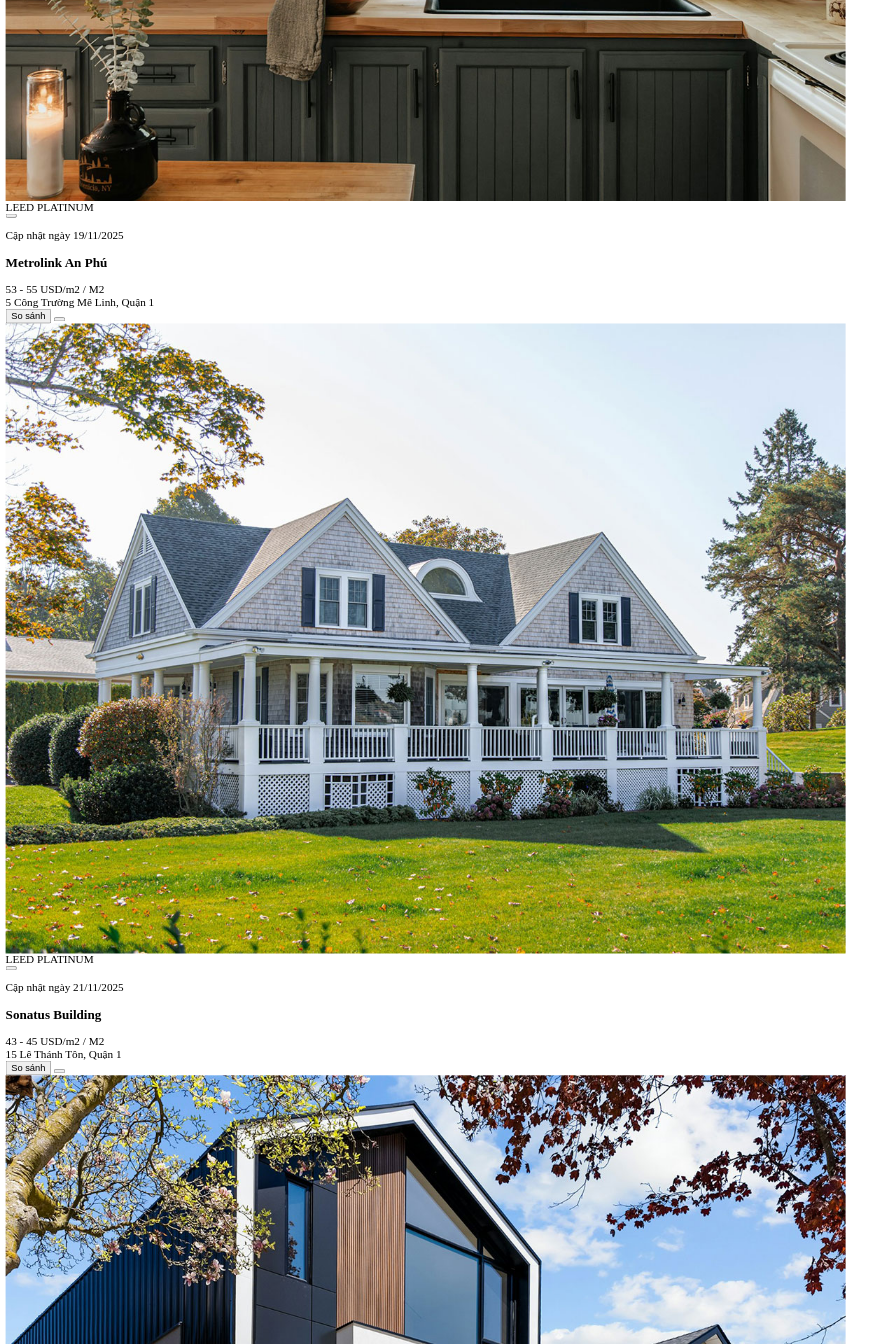
Repository: lannguyen1301/anphuholdings-main
Page: partials/office-rental/office-rental-ward-2.html
These files come from the project's save history. The page is drawn as it stood at one moment and after the next save; the edit follows.
The browser window is 1280 px wide. The pictures show the part of the page from y = 1763 to 3683 px (the page is 8679 px tall), at 70% of full size.

Above is the page before, as saved 2025-12-31 14:45:25.

### partials/office-rental/office-rental-ward-2.html
<div class="container overflow-hidden py-8 px-4 office-rental-swipe-container">
    <div class="mb-8 flex gap-5 items-center justify-between">
        <h2 data-aos="fade-right" data-aos-duration="1000" data-aos-easing="ease-in-out"
            class="text-xl md:text-2xl lg:text-3xl font-bold text-navy line-clamp-1 overflow-ellipsis">
            VĂN PHÒNG CHO THUÊ QUẬN 2
        </h2>

        <div data-aos="fade-up" data-aos-duration="1000" data-aos-easing="ease-in-out"
            class="flex gap-1 md:gap-3 min-w-[80px]">
            <button
                class="rounded-lg bg-navy px-2 py-1 md:px-5 md:py-2 text-white transition hover:bg-navy-light flex justify-center items-center">
                <span class="hidden md:block text-md lg:text-lg">Xem toàn bộ</span>
                <i class="fa fa-eye block md:hidden text-xs sm:text-md"></i>
            </button>
            <button
                class="office-rental-swiper-prev rounded-lg border border-gray-300 p-1 md:p-2 transition hover:bg-gold/10 min-w-[22px]">
                <i class="fas fa-chevron-left text-navy text-xs sm:text-md md:text-lg lg:text-xl"></i>
            </button>
            <button
                class="office-rental-swiper-next rounded-lg border border-gray-300 p-1 md:p-2 transition hover:bg-gold/10 min-w-[22px]">
                <i class="fas fa-chevron-right text-navy text-xs sm:text-md md:text-lg lg:text-xl"></i>
            </button>
        </div>
    </div>

    <!-- Swiper -->
    <div data-aos="fade-left" data-aos-duration="1000" data-aos-easing="ease-in-out" data-aos-offset="150"
        class="office-rental-swiper overflow-hidden px-2 py-3">
        <div class="swiper-wrapper">
            <!-- Card 1 -->
            <div class="swiper-slide flex-shrink-0 overflow-hidden rounded-2xl shadow-md transition hover:shadow-xl border-4"
                style="width: 292px;" data-aos="fade-right">
                <div class="relative overflow-hidden">
                    <div class="flex h-48 items-center justify-center bg-slate-200">
                        <img src="assets/images/detail/detail-9.jpg" alt=""
                            class="block w-full h-full object-cover aspect-4/3">
                    </div>
                    <div class="absolute left-3 top-2 rounded bg-gold px-2 py-1 text-xs font-semibold text-white">
                        LEED PLATINUM
                    </div>
                    <button class="absolute right-3 top-3 rounded-lg bg-white p-2 shadow transition hover:bg-gray-50">
                        <i class="far fa-heart text-gold"></i>
                    </button>
                </div>

                <div class="p-4">
                    <p class="mb-1 text-sm text-gray-500">
                        Cập nhật ngày 19/11/2025
                    </p>
                    <h3 class="mb-3 text-lg font-semibold text-navy overflow-ellipsis line-clamp-1">
                        The Hallmark
                    </h3>

                    <div class="mb-2 flex items-center gap-2">
                        <i class="fas fa-tag text-sm text-navy"></i>
                        <span class="font-semibold text-gold">43 - 46 USD/m2</span>
                        <span class="text-gray-600">/ M2</span>
                    </div>

                    <div class="mb-4 flex items-start gap-2 text-sm text-gray-600">
                        <i class="fas fa-map-marker-alt mt-1 text-navy"></i>
                        <span class="w-full overflow-ellipsis line-clamp-1">02 Ngô Đức Kế, Phường Sài Gòn, Quận 1</span>
                    </div>

                    <div class="flex items-center justify-between">
                        <button
                            class="rounded-xl border border-navy px-4 py-2 text-sm text-navy transition hover:bg-navy hover:text-white">
                            So sánh
                        </button>
                        <button class="rounded-xl border border-gray-300 p-2 transition hover:bg-gold/10">
                            <i class="far fa-clone text-navy"></i>
                        </button>
                    </div>
                </div>
            </div>

            <!-- Card 2 -->
            <div class="swiper-slide flex-shrink-0 overflow-hidden rounded-2xl shadow-md transition hover:shadow-xl border-4"
                style="width: 292px;" data-aos="fade-right">
                <div class="relative overflow-hidden">
                    <div class="flex h-48 items-center justify-center bg-slate-200">
                        <img src="assets/images/detail/detail-10.jpg" alt=""
                            class="block w-full h-full object-cover aspect-4/3">
                    </div>
                    <div class="absolute left-3 top-3 rounded bg-gold px-2 py-1 text-xs font-semibold text-white">
                        LEED PLATINUM
                    </div>
                    <button class="absolute right-3 top-3 rounded-lg bg-white p-2 shadow transition hover:bg-gray-50">
                        <i class="far fa-heart text-gold"></i>
                    </button>
                </div>

                <div class="p-4">
                    <p class="mb-1 text-sm text-gray-500">
                        Cập nhật ngày 19/11/2025
                    </p>
                    <h3 class="mb-3 text-lg font-semibold text-navy overflow-ellipsis line-clamp-1">
                        Metrolink An Phú
                    </h3>

                    <div class="mb-2 flex items-center gap-2">
                        <i class="fas fa-tag text-sm text-navy"></i>
                        <span class="font-semibold text-gold">53 - 55 USD/m2</span>
                        <span class="text-gray-600">/ M2</span>
                    </div>

                    <div class="mb-4 flex items-start gap-2 text-sm text-gray-600">
                        <i class="fas fa-map-marker-alt mt-1 text-navy"></i>
                        <span class="w-full overflow-ellipsis line-clamp-1">5 Công Trường Mê Linh, Quận 1</span>
                    </div>

                    <div class="flex items-center justify-between">
                        <button
                            class="rounded-xl border border-navy px-4 py-2 text-sm text-navy transition hover:bg-navy hover:text-white">
                            So sánh
                        </button>
                        <button class="rounded-xl border border-gray-300 p-2 transition hover:bg-gold/10">
                            <i class="far fa-clone text-navy"></i>
                        </button>
                    </div>
                </div>
            </div>

            <!-- Card 3 -->
            <div class="swiper-slide flex-shrink-0 overflow-hidden rounded-2xl shadow-md transition hover:shadow-xl border-4"
                style="width: 292px;" data-aos="fade-right">
                <div class="relative overflow-hidden">
                    <div class="flex h-48 items-center justify-center bg-slate-200">
                        <img src="assets/images/detail/detail-3.jpg" alt=""
                            class="block w-full h-full object-cover aspect-4/3">
                    </div>
                    <div class="absolute left-3 top-3 rounded bg-gold px-2 py-1 text-xs font-semibold text-white">
                        LEED PLATINUM
                    </div>
                    <button class="absolute right-3 top-3 rounded-lg bg-white p-2 shadow transition hover:bg-gray-50">
                        <i class="far fa-heart text-gold"></i>
                    </button>
                </div>

                <div class="p-4">
                    <p class="mb-1 text-sm text-gray-500">
                        Cập nhật ngày 21/11/2025
                    </p>
                    <h3 class="mb-3 text-lg font-semibold text-navy overflow-ellipsis line-clamp-1">
                        Sonatus Building
                    </h3>

                    <div class="mb-2 flex items-center gap-2">
                        <i class="fas fa-tag text-sm text-navy"></i>
                        <span class="font-semibold text-gold">43 - 45 USD/m2</span>
                        <span class="text-gray-600">/ M2</span>
                    </div>

                    <div class="mb-4 flex items-start gap-2 text-sm text-gray-600">
                        <i class="fas fa-map-marker-alt mt-1 text-navy"></i>
                        <span class="w-full overflow-ellipsis line-clamp-1">15 Lê Thánh Tôn, Quận 1</span>
                    </div>

                    <div class="flex items-center justify-between">
                        <button
                            class="rounded-xl border border-navy px-4 py-2 text-sm text-navy transition hover:bg-navy hover:text-white">
                            So sánh
                        </button>
                        <button class="rounded-xl border border-gray-300 p-2 transition hover:bg-gold/10">
                            <i class="far fa-clone text-navy"></i>
                        </button>
                    </div>
                </div>
            </div>

            <!-- Card 4 -->
            <div class="swiper-slide flex-shrink-0 overflow-hidden rounded-2xl shadow-md transition hover:shadow-xl border-4"
                style="width: 292px;" data-aos="fade-right">
                <div class="relative overflow-hidden">
                    <div class="flex h-48 items-center justify-center bg-slate-200">
                        <img src="assets/images/detail/detail-4.jpg" alt=""
                            class="block w-full h-full object-cover aspect-4/3">
                    </div>
                    <div class="absolute left-3 top-3 rounded bg-gold px-2 py-1 text-xs font-semibold text-white">
                        LEED PLATINUM
                    </div>
                    <button class="absolute right-3 top-3 rounded-lg bg-white p-2 shadow transition hover:bg-gray-50">
                        <i class="far fa-heart text-gold"></i>
                    </button>
                </div>

                <div class="p-4">
                    <p class="mb-1 text-sm text-gray-500">
                        Cập nhật ngày 20/11/2025
                    </p>
                    <h3 class="mb-3 text-lg font-semibold text-navy overflow-ellipsis line-clamp-1">
                        VOV Building
                    </h3>

                    <div class="mb-2 flex items-center gap-2">
                        <i class="fas fa-tag text-sm text-navy"></i>
                        <span class="font-semibold text-gold">21 - 25 USD/m2</span>
                        <span class="text-gray-600">/ M2</span>
                    </div>

                    <div class="mb-4 flex items-start gap-2 text-sm text-gray-600">
                        <i class="fas fa-map-marker-alt mt-1 text-navy"></i>
                        <span class="w-full overflow-ellipsis line-clamp-1">7 Nguyễn Thị Minh Khai, Quận 1</span>
                    </div>

                    <div class="flex items-center justify-between">
                        <button
                            class="rounded-xl border border-navy px-4 py-2 text-sm text-navy transition hover:bg-navy hover:text-white">
                            So sánh
                        </button>
                        <button class="rounded-xl border border-gray-300 p-2 transition hover:bg-gold/10">
                            <i class="far fa-clone text-navy"></i>
                        </button>
                    </div>
                </div>
            </div>
            <!-- Card 5 -->
            <div class="swiper-slide flex-shrink-0 overflow-hidden rounded-2xl shadow-md transition hover:shadow-xl border-4"
                style="width: 292px;" data-aos="fade-right">
                <div class="relative overflow-hidden">
                    <div class="flex h-48 items-center justify-center bg-slate-200">
                        <img src="assets/images/detail/detail-5.jpg" alt=""
                            class="block w-full h-full object-cover aspect-4/3">
                        <!-- <i class="fas fa-image text-5xl text-gray-400"></i> -->
                    </div>
                    <div class="absolute left-3 top-2 rounded bg-gold px-2 py-1 text-xs font-semibold text-white">
                        LEED PLATINUM
                    </div>
                    <button class="absolute right-3 top-3 rounded-lg bg-white p-2 shadow transition hover:bg-gray-50">
                        <i class="far fa-heart text-gold"></i>
                    </button>
                </div>

                <div class="p-4">
                    <p class="mb-1 text-sm text-gray-500">
                        Cập nhật ngày 19/11/2025
                    </p>
                    <h3 class="mb-3 text-lg font-semibold text-navy overflow-ellipsis line-clamp-1">
                        Ruby Tower
                    </h3>

                    <div class="mb-2 flex items-center gap-2">
                        <i class="fas fa-tag text-sm text-navy"></i>
                        <span class="font-semibold text-gold">43 - 46 USD/m2</span>
                        <span class="text-gray-600">/ M2</span>
                    </div>

                    <div class="mb-4 flex items-start gap-2 text-sm text-gray-600">
                        <i class="fas fa-map-marker-alt mt-1 text-navy"></i>
                        <span class="w-full overflow-ellipsis line-clamp-1">02 Ngô Đức Kế, Phường Sài Gòn, Quận 1</span>
                    </div>

                    <div class="flex items-center justify-between">
                        <button
                            class="rounded-xl border border-navy px-4 py-2 text-sm text-navy transition hover:bg-navy hover:text-white">
                            So sánh
                        </button>
                        <button class="rounded-xl border border-gray-300 p-2 transition hover:bg-gold/10">
                            <i class="far fa-clone text-navy"></i>
                        </button>
                    </div>
                </div>
            </div>

            <!-- Card 6 -->
            <div class="swiper-slide flex-shrink-0 overflow-hidden rounded-2xl shadow-md transition hover:shadow-xl border-4"
                style="width: 292px;" data-aos="fade-right">
                <div class="relative overflow-hidden">
                    <div class="flex h-48 items-center justify-center bg-slate-200">
                        <img src="assets/images/detail/detail-6.jpg" alt=""
                            class="block w-full h-full object-cover aspect-4/3">
                    </div>
                    <div class="absolute left-3 top-3 rounded bg-gold px-2 py-1 text-xs font-semibold text-white">
                        LEED PLATINUM
                    </div>
                    <button class="absolute right-3 top-3 rounded-lg bg-white p-2 shadow transition hover:bg-gray-50">
                        <i class="far fa-heart text-gold"></i>
                    </button>
                </div>

                <div class="p-4">
                    <p class="mb-1 text-sm text-gray-500">
                        Cập nhật ngày 19/11/2025
                    </p>
                    <h3 class="mb-3 text-lg font-semibold text-navy overflow-ellipsis line-clamp-1">
                        Havana Tower
                    </h3>

                    <div class="mb-2 flex items-center gap-2">
                        <i class="fas fa-tag text-sm text-navy"></i>
                        <span class="font-semibold text-gold">53 - 55 USD/m2</span>
                        <span class="text-gray-600">/ M2</span>
                    </div>

                    <div class="mb-4 flex items-start gap-2 text-sm text-gray-600">
                        <i class="fas fa-map-marker-alt mt-1 text-navy"></i>
                        <span class="w-full overflow-ellipsis line-clamp-1">5 Công Trường Mê Linh, Quận 1</span>
                    </div>

                    <div class="flex items-center justify-between">
                        <button
                            class="rounded-xl border border-navy px-4 py-2 text-sm text-navy transition hover:bg-navy hover:text-white">
                            So sánh
                        </button>
                        <button class="rounded-xl border border-gray-300 p-2 transition hover:bg-gold/10">
                            <i class="far fa-clone text-navy"></i>
                        </button>
                    </div>
                </div>
            </div>

            <!-- Card 7 -->
            <div class="swiper-slide flex-shrink-0 overflow-hidden rounded-2xl shadow-md transition hover:shadow-xl border-4"
                style="width: 292px;" data-aos="fade-right">
                <div class="relative overflow-hidden">
                    <div class="flex h-48 items-center justify-center bg-slate-200">
                        <img src="assets/images/detail/detail-7.jpg" alt=""
                            class="block w-full h-full object-cover aspect-4/3">
                    </div>
                    <div class="absolute left-3 top-3 rounded bg-gold px-2 py-1 text-xs font-semibold text-white">
                        LEED PLATINUM
                    </div>
                    <button class="absolute right-3 top-3 rounded-lg bg-white p-2 shadow transition hover:bg-gray-50">
                        <i class="far fa-heart text-gold"></i>
                    </button>
                </div>

                <div class="p-4">
                    <p class="mb-1 text-sm text-gray-500">
                        Cập nhật ngày 21/11/2025
                    </p>
                    <h3 class="mb-3 text-lg font-semibold text-navy overflow-ellipsis line-clamp-1">
                        The Nexus
                    </h3>

                    <div class="mb-2 flex items-center gap-2">
                        <i class="fas fa-tag text-sm text-navy"></i>
                        <span class="font-semibold text-gold">43 - 45 USD/m2</span>
                        <span class="text-gray-600">/ M2</span>
                    </div>

                    <div class="mb-4 flex items-start gap-2 text-sm text-gray-600">
                        <i class="fas fa-map-marker-alt mt-1 text-navy"></i>
                        <span class="w-full overflow-ellipsis line-clamp-1">15 Lê Thánh Tôn, Quận 1</span>
                    </div>

                    <div class="flex items-center justify-between">
                        <button
                            class="rounded-xl border border-navy px-4 py-2 text-sm text-navy transition hover:bg-navy hover:text-white">
                            So sánh
                        </button>
                        <button class="rounded-xl border border-gray-300 p-2 transition hover:bg-gold/10">
                            <i class="far fa-clone text-navy"></i>
                        </button>
                    </div>
                </div>
            </div>

            <!-- Card 8 -->
            <div class="swiper-slide flex-shrink-0 overflow-hidden rounded-2xl shadow-md transition hover:shadow-xl border-4"
                style="width: 292px;" data-aos="fade-right">
                <div class="relative overflow-hidden">
                    <div class="flex h-48 items-center justify-center bg-slate-200">
                        <img src="assets/images/detail/detail-8.jpg" alt=""
                            class="block w-full h-full object-cover aspect-4/3">
                    </div>
                    <div class="absolute left-3 top-3 rounded bg-gold px-2 py-1 text-xs font-semibold text-white">
                        LEED PLATINUM
                    </div>
                    <button class="absolute right-3 top-3 rounded-lg bg-white p-2 shadow transition hover:bg-gray-50">
                        <i class="far fa-heart text-gold"></i>
                    </button>
                </div>

                <div class="p-4">
                    <p class="mb-1 text-sm text-gray-500">
                        Cập nhật ngày 20/11/2025
                    </p>
                    <h3 class="mb-3 text-lg font-semibold text-navy overflow-ellipsis line-clamp-1">
                        Saigon Marina IFC
                    </h3>

                    <div class="mb-2 flex items-center gap-2">
                        <i class="fas fa-tag text-sm text-navy"></i>
                        <span class="font-semibold text-gold">21 - 25 USD/m2</span>
                        <span class="text-gray-600">/ M2</span>
                    </div>

                    <div class="mb-4 flex items-start gap-2 text-sm text-gray-600">
                        <i class="fas fa-map-marker-alt mt-1 text-navy"></i>
                        <span class="w-full overflow-ellipsis line-clamp-1">7 Nguyễn Thị Minh Khai, Quận 1</span>
                    </div>

                    <div class="flex items-center justify-between">
                        <button
                            class="rounded-xl border border-navy px-4 py-2 text-sm text-navy transition hover:bg-navy hover:text-white">
                            So sánh
                        </button>
                        <button class="rounded-xl border border-gray-300 p-2 transition hover:bg-gold/10">
                            <i class="far fa-clone text-navy"></i>
                        </button>
                    </div>
                </div>
            </div>
        </div>
    </div>
</div>

After the next save:
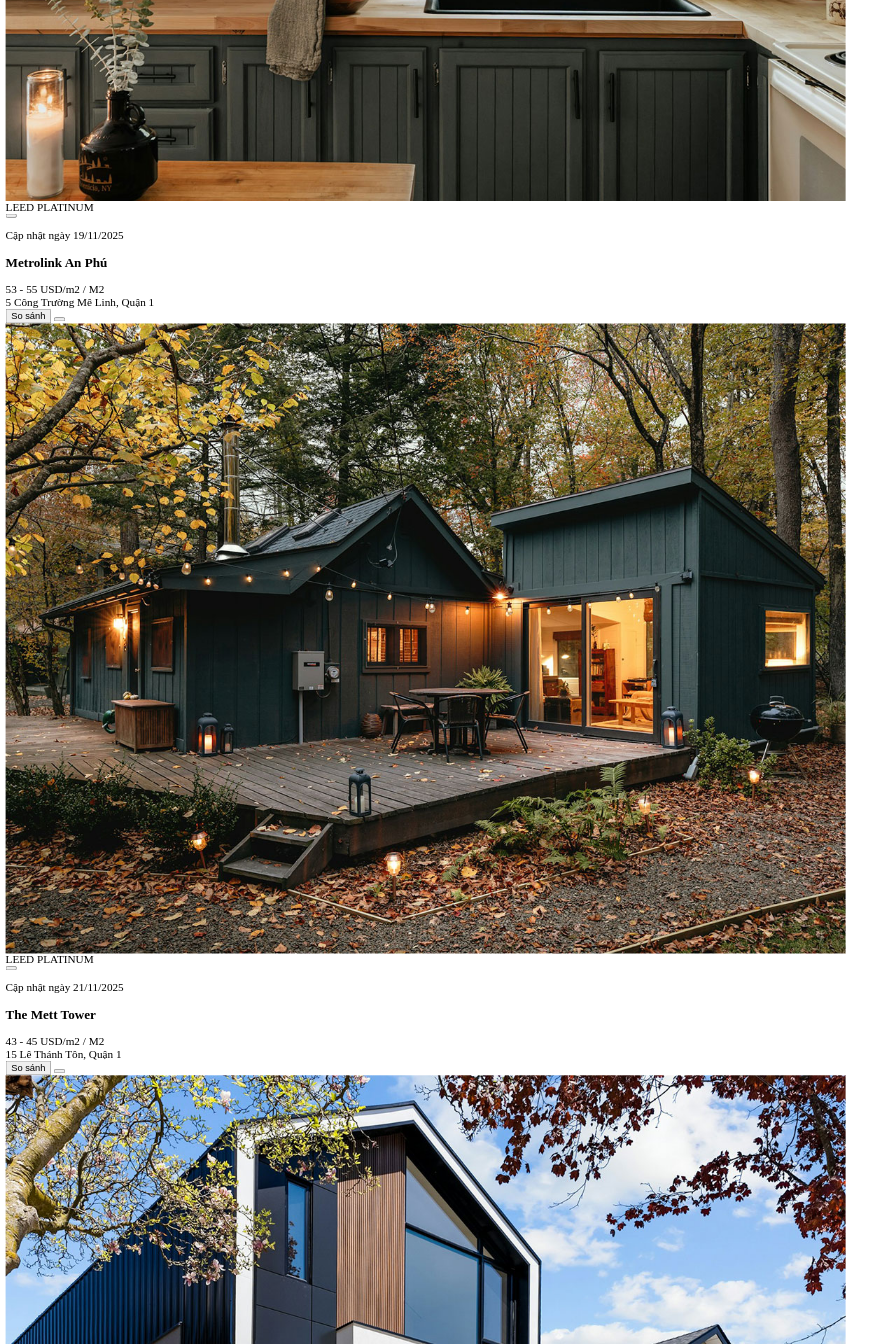
Saved 15 s later.
--- a/partials/office-rental/office-rental-ward-2.html
+++ b/partials/office-rental/office-rental-ward-2.html
@@ -126,7 +126,7 @@
                 style="width: 292px;" data-aos="fade-right">
                 <div class="relative overflow-hidden">
                     <div class="flex h-48 items-center justify-center bg-slate-200">
-                        <img src="assets/images/detail/detail-3.jpg" alt=""
+                        <img src="assets/images/detail/detail-11.jpg" alt=""
                             class="block w-full h-full object-cover aspect-4/3">
                     </div>
                     <div class="absolute left-3 top-3 rounded bg-gold px-2 py-1 text-xs font-semibold text-white">
@@ -142,7 +142,7 @@
                         Cập nhật ngày 21/11/2025
                     </p>
                     <h3 class="mb-3 text-lg font-semibold text-navy overflow-ellipsis line-clamp-1">
-                        Sonatus Building
+                        The Mett Tower
                     </h3>
 
                     <div class="mb-2 flex items-center gap-2">
